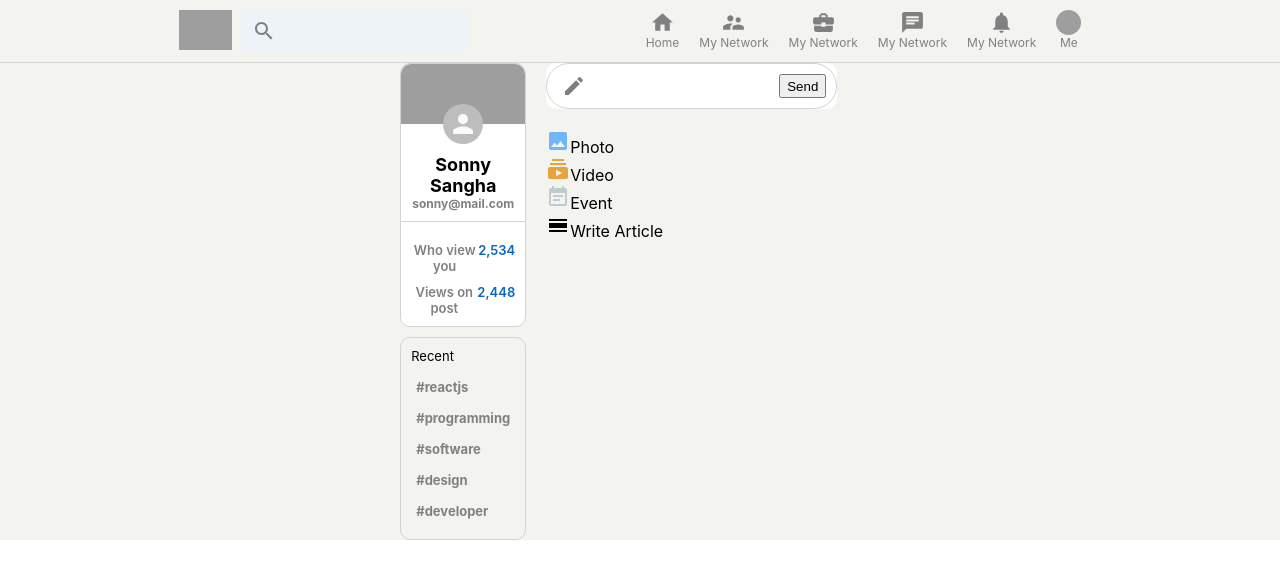
Repository: joaogamarra/linkedin-clone
Page: /
The author's editor kept a copy of each file at every save. The page is drawn from the files as they stood at one save, then again after the next save.
The browser window is 1280 px wide. The pictures show the whole page.
Pictures or frames that could not be fetched are drawn as grey boxes. The project was rebuilt for these pictures with package versions that can differ from the ones it lists, and the page was loaded fresh each time. Also part of the build but not shown: src/components/feed/InputOption.css.

Above is the page before, as saved 2021-02-19 13:20:35.

After the next save:
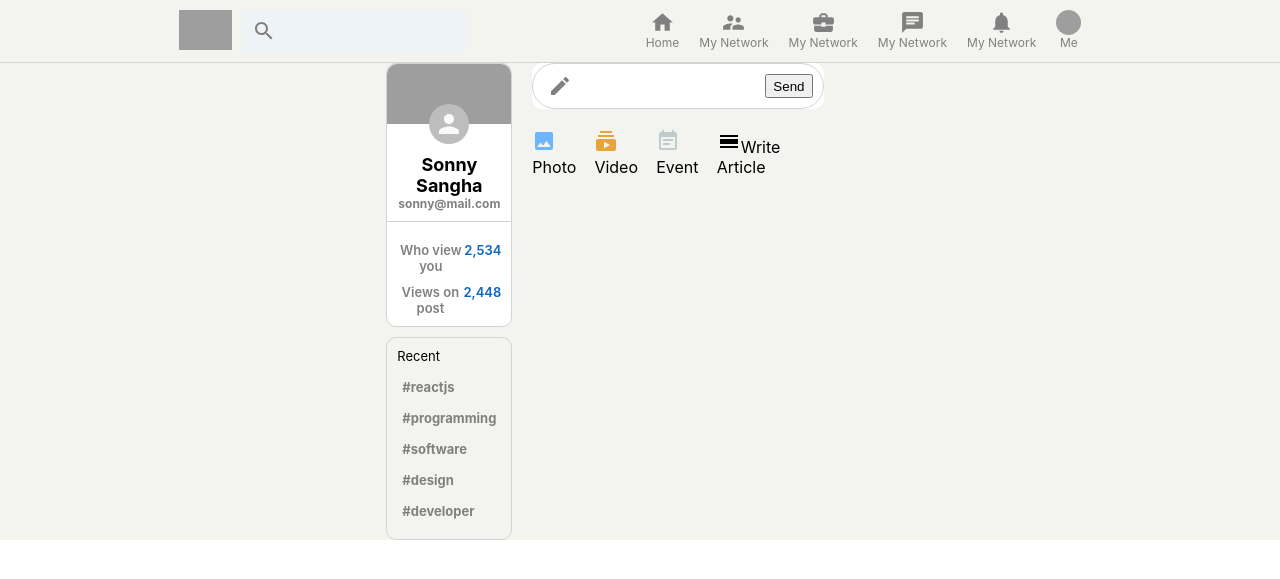
Saved 40 s later.
--- a/src/components/feed/Feed.css
+++ b/src/components/feed/Feed.css
@@ -34,3 +34,8 @@
 .feed__input > form > input > button {
 	display: none;
 }
+
+.feed__inputOptions {
+	display: flex;
+	justify-content: space-evenly;
+}
